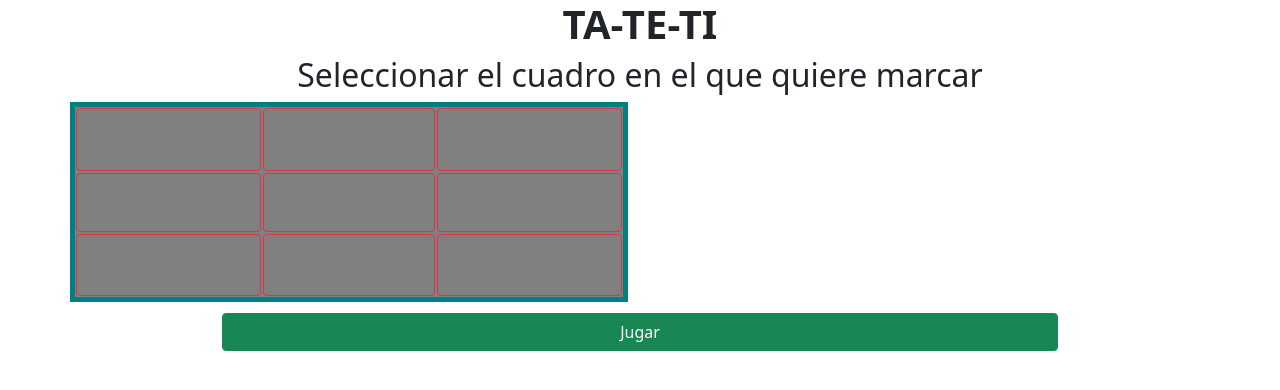
Repository: Lean97-start/TATETI
Page: Tateti.html
These files come from the project's save history. The page is drawn as it stood at one moment and after the next save; the edit follows.
The browser window is 1280 px wide. The pictures show the whole page.

Above is the page before, as saved 2021-07-11 22:29:25.
Console error: SyntaxError: Unexpected token ')'

After the next save:
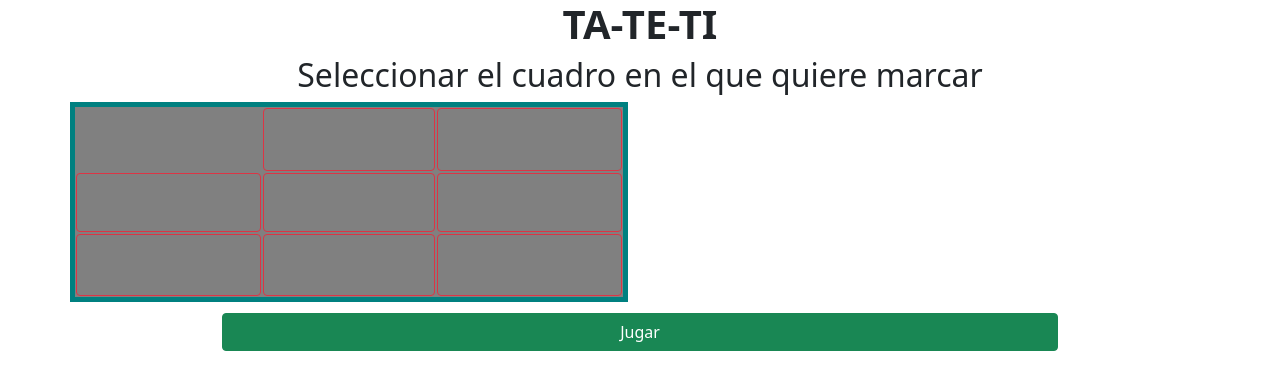
Saved 4 s later.
--- a/Tateti.html
+++ b/Tateti.html
@@ -16,7 +16,7 @@
             <div class="row w-50 h-50">
                 <table class="cuadro">
                     <tr>
-                        <td><button class="btn btn-outline-danger w-100 h-100" id="11"></button></td>
+                        <td><button class="btn btn-outline w-100 h-100" id="11"></button></td>
                         <td><button class="btn btn-outline-danger w-100 h-100" id="21"></button></td>
                         <td><button class="btn btn-outline-danger w-100 h-100" id="31"></button></td>
                     </tr>
